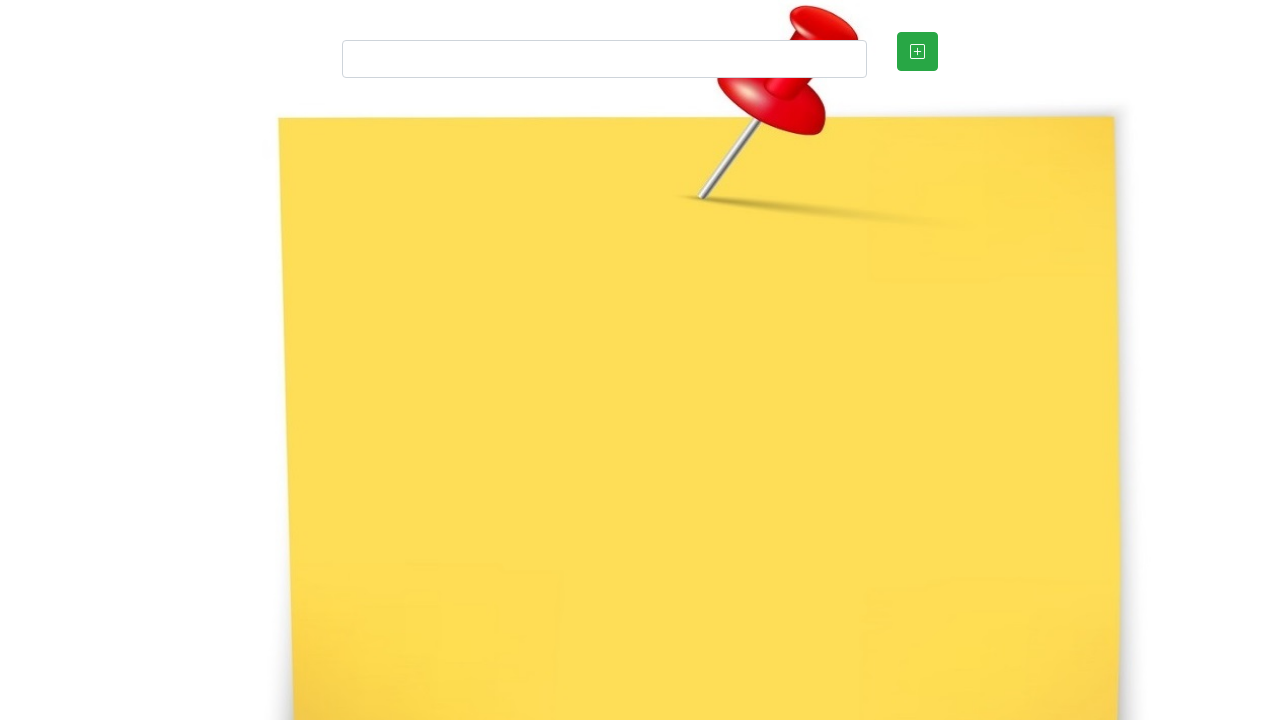
Repository: walaaElbasha/Todo-list-laravel
Page: http://localhost/tasks
An editor plug-in stored every save of this project. The page is shown before and after the next save, followed by the edit.
The browser window is 1280 px wide. The pictures show the whole page.
The page is served by the project's Laravel application, run on PHP 8.4 with Laravel 8. Style sheets and scripts are compiled from the project's sources, by tool versions that may differ from the author's. Queries for data that is not in the repository find no rows.

Above is the page before, as saved 2021-07-01 14:13:07.

After the next save:
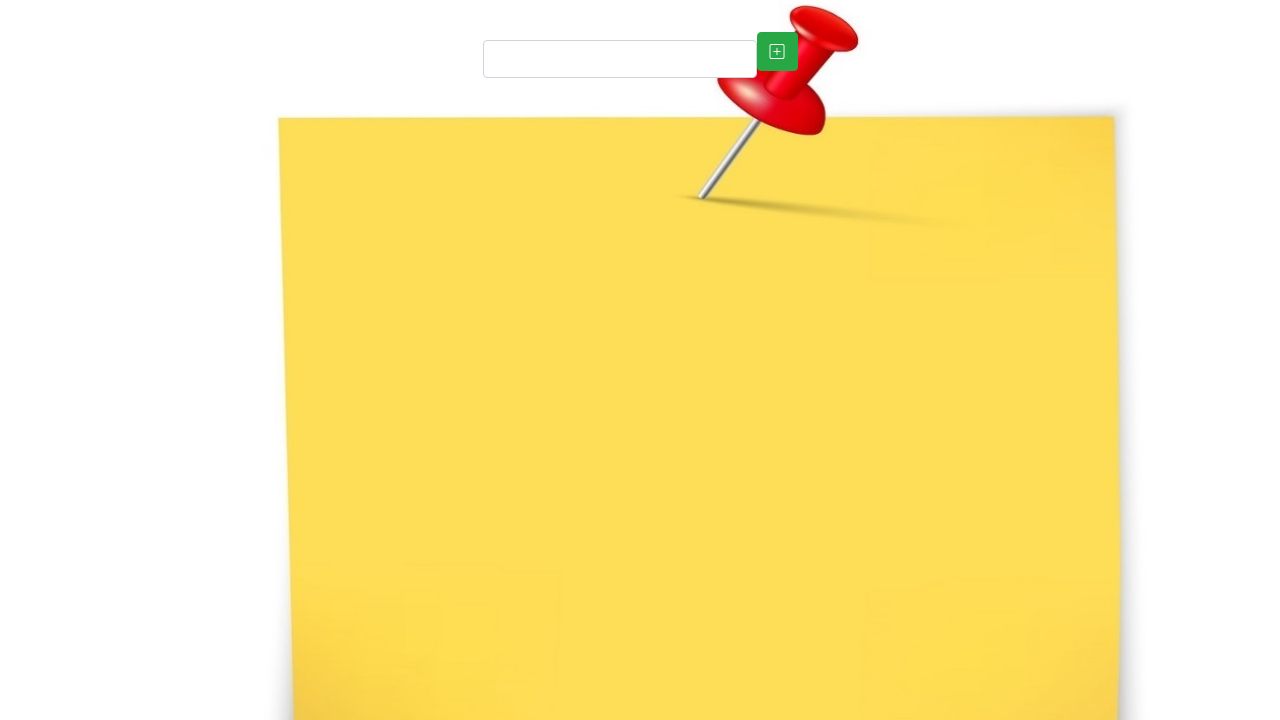
Saved 20 s later.
--- a/resources/views/tasks/index.blade.php
+++ b/resources/views/tasks/index.blade.php
@@ -55,12 +55,12 @@
                 </div>
                 @endif
                 <div style="display:flex; justify-content:center; align-items:center">
-                    <div class="col-sm-6">
+                    <div>
                         <input type="text" name="name" id="name" class="form-control">
                     </div>
 
                     <div class="form-group">
-                        <div class="col-sm-offset-3 col-sm-6">
+                        <div>
                             <button type="submit" class="btn btn-success">
                                 <span style="font-size:15px"><i class="bi bi-plus-square"></i> </span>
                             </button>

After the save that followed:
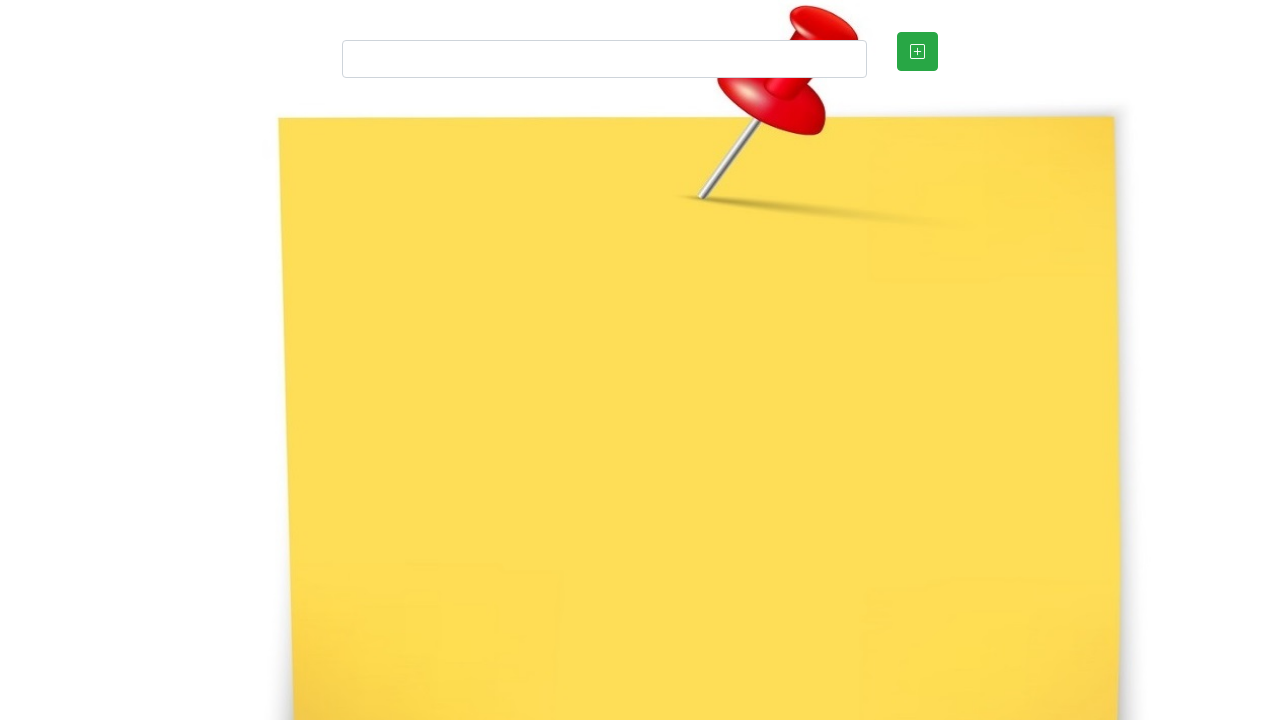
Saved 8 s later.
--- a/resources/views/tasks/index.blade.php
+++ b/resources/views/tasks/index.blade.php
@@ -55,12 +55,12 @@
                 </div>
                 @endif
                 <div style="display:flex; justify-content:center; align-items:center">
-                    <div>
+                    <div class="col-sm-6">
                         <input type="text" name="name" id="name" class="form-control">
                     </div>
 
                     <div class="form-group">
-                        <div>
+                        <div class="col-sm-offset-3 col-sm-6">
                             <button type="submit" class="btn btn-success">
                                 <span style="font-size:15px"><i class="bi bi-plus-square"></i> </span>
                             </button>
